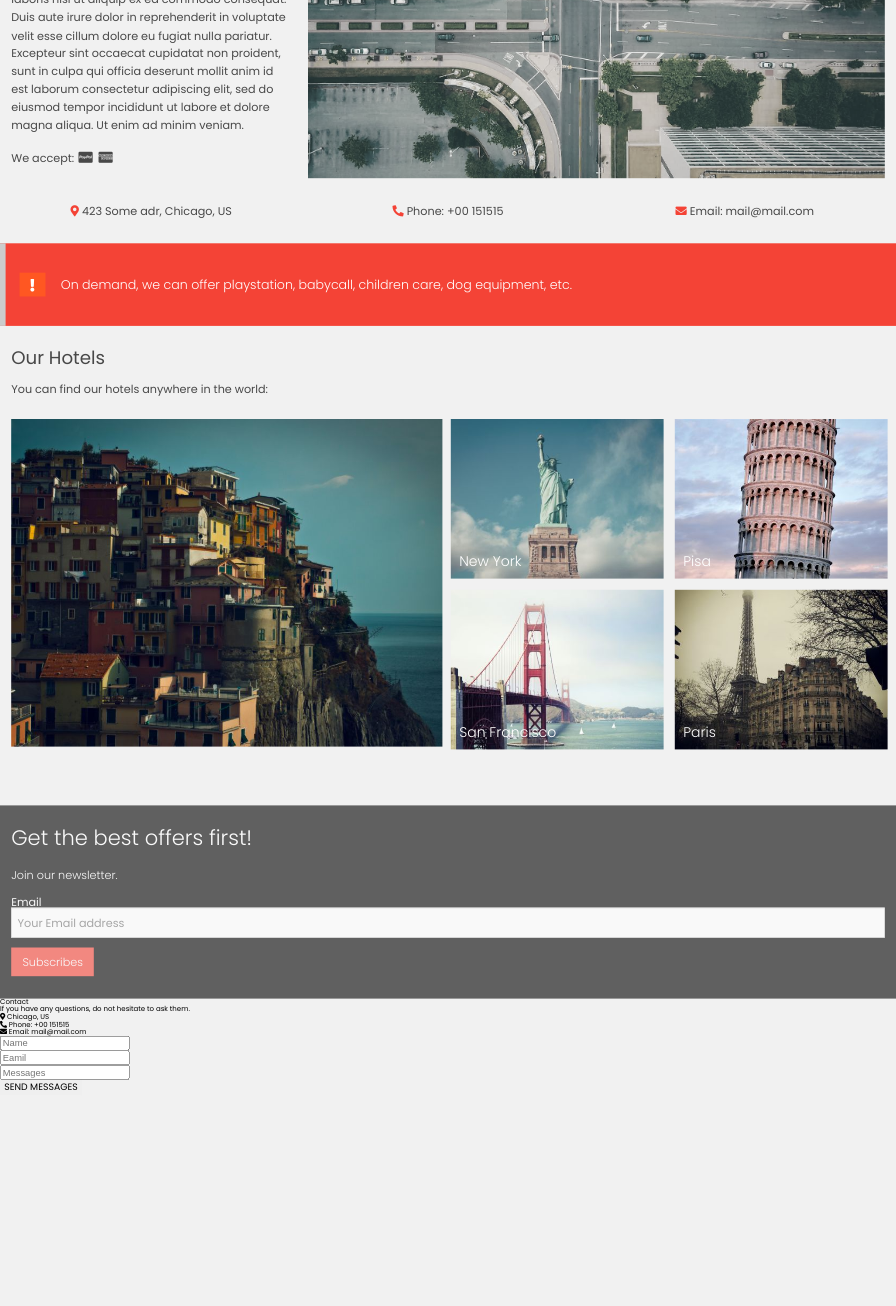
Repository: phamhuuloc/Travel_Template
Page: index.html
An editor plug-in stored every save of this project. The page is shown before and after the next save, followed by the edit.
The browser window is 1280 px wide. The pictures show the part of the page from y = 1761 to 3681 px (the page is 3626 px tall before and 3681 px after), at 70% of full size.
The style sheet was rebuilt from its Sass, Less or Tailwind sources for each picture, by a compiler version that may differ from the author's.

Above is the page before, as saved 2021-09-18 19:37:04.

After the next save:
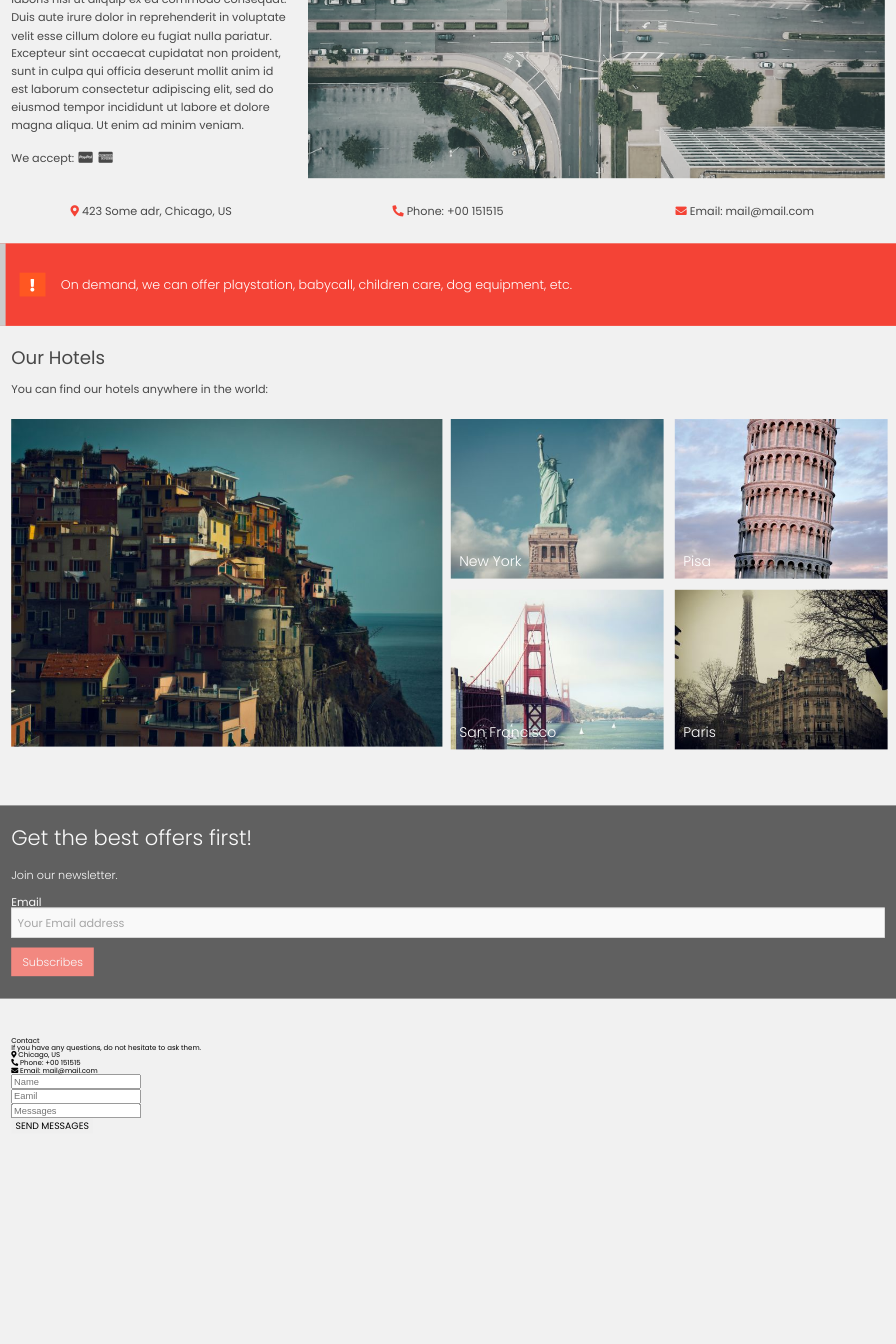
Saved 9 min 23 s later.
--- a/assets/main.scss
+++ b/assets/main.scss
@@ -368,3 +368,7 @@ sup {
     color: $text-color;
   }
 }
+.contact {
+  margin-top: 5.5rem;
+  padding: 0 1.6rem;
+}
